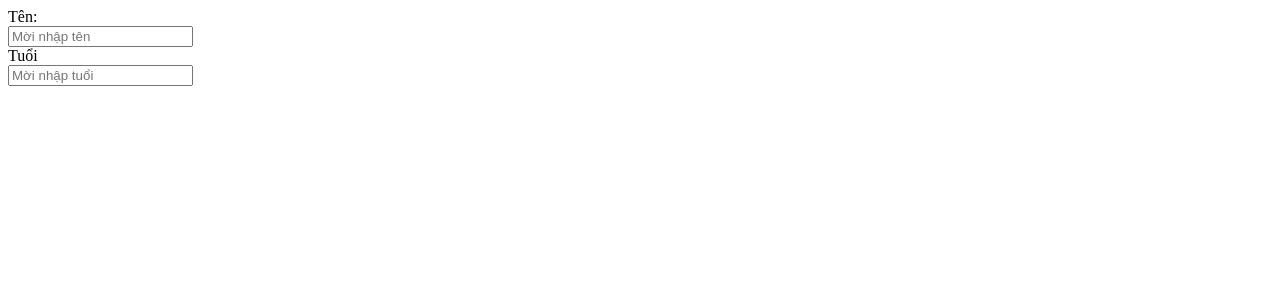
Repository: HieuNT-2001/JAVA-3---SOF203
Page: http://localhost/HocJava4/views/Form.jsp
An editor plug-in stored every save of this project. The page is shown before and after a run of saves, followed by the edit.
The browser window is 1280 px wide. The pictures show the whole page.
The page is served by Tomcat 10.

Above is the page before, as saved 2024-09-28 04:01:22.

After the next 2 saves:
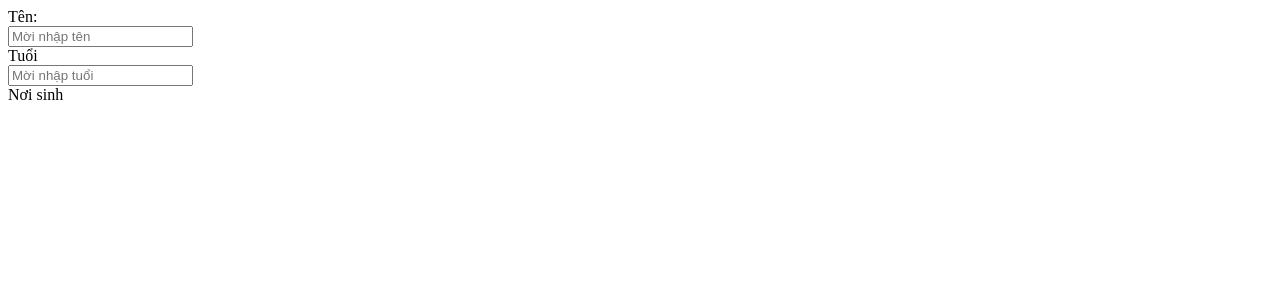
The 2 saves are shown as one change because they came seconds apart.
The last was saved 23 s later.
--- a/HocJava4/src/main/webapp/views/Form.jsp
+++ b/HocJava4/src/main/webapp/views/Form.jsp
@@ -16,12 +16,18 @@
 			<input placeholder="Mời nhập tên">
 		</div>
 
-		<div><label>Tuổi</label></div>
+		<div>
+			<label>Tuổi</label>
+		</div>
 
 		<div>
 			<input placeholder="Mời nhập tuổi">
 		</div>
 
+		<div>
+			<label>Nơi sinh</label>
+		</div>
+
 	</form>
 </body>
 </html>
